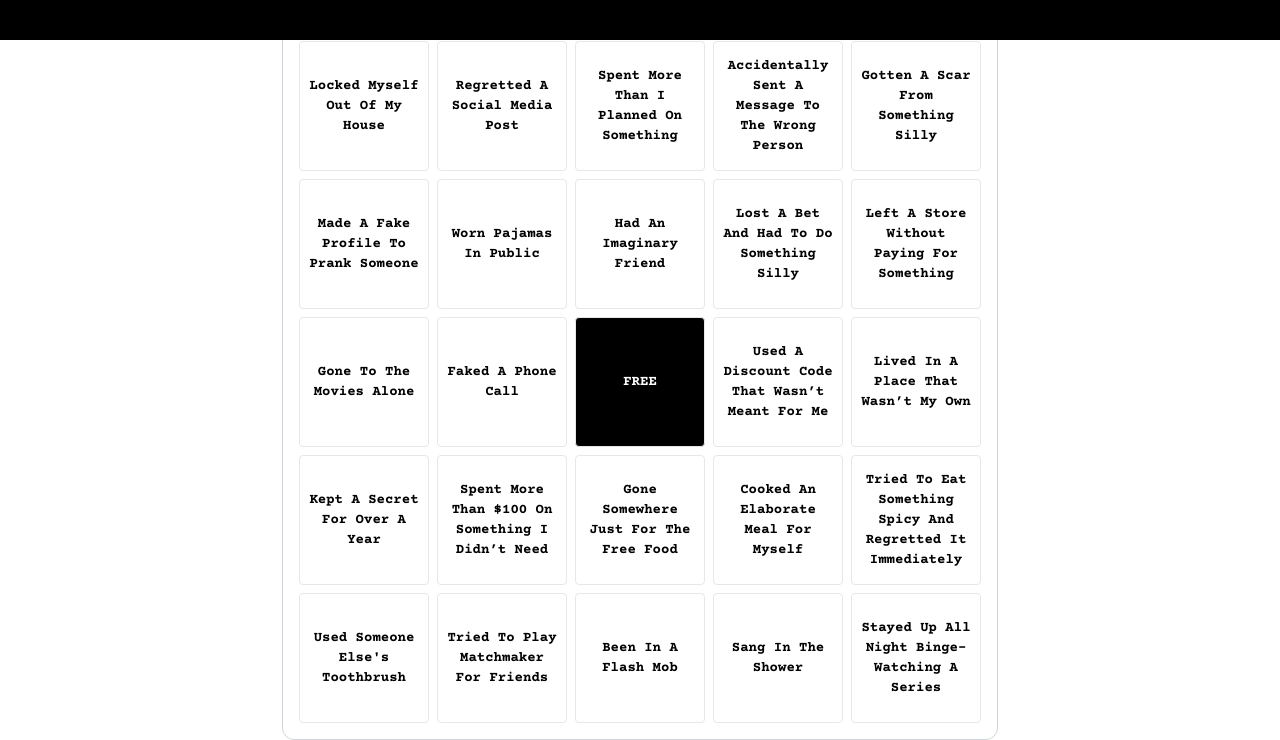
Repository: Jeysmeister/sensoryminds-bingo
Page: /
The author's editor kept a copy of each file at every save. The page is drawn from the files as they stood at one save, then again after the next save.
The browser window is 1280 px wide. The pictures show the whole page.
The project was rebuilt for these pictures with package versions that can differ from the ones it lists, and the page was loaded fresh each time. The framework's server and built-in components were replaced by stand-ins that run in the browser. Also part of the build but not shown: next.config.ts.

Above is the page before, as saved 2024-11-12 17:37:22.

After the next save:
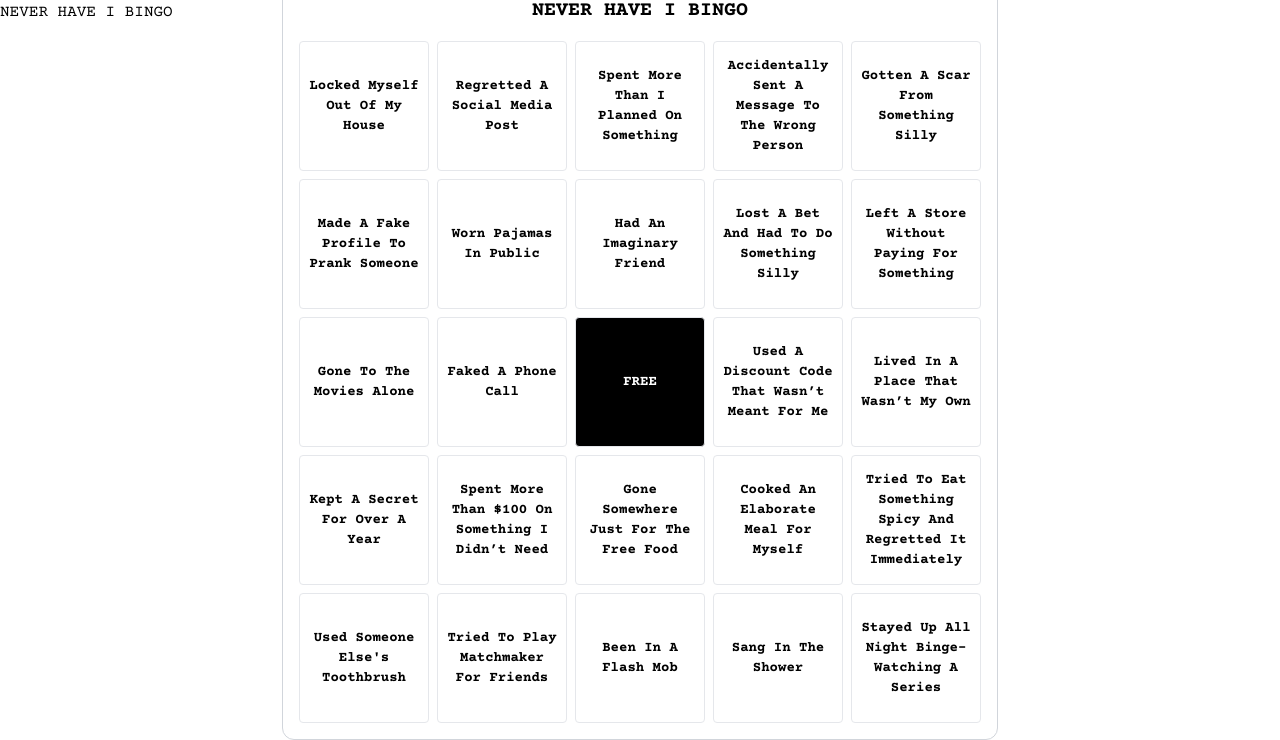
Saved 43 s later.
--- a/app/components/Header.tsx
+++ b/app/components/Header.tsx
@@ -1,5 +1,9 @@
 const Header = () => {
-  return <div className="h-10 bg-black absolute top-0 w-screen"></div>;
+  return (
+    <div className="h-10  absolute top-0 w-screen ">
+      <div>NEVER HAVE I BINGO</div>
+    </div>
+  );
 };
 
 export default Header;
